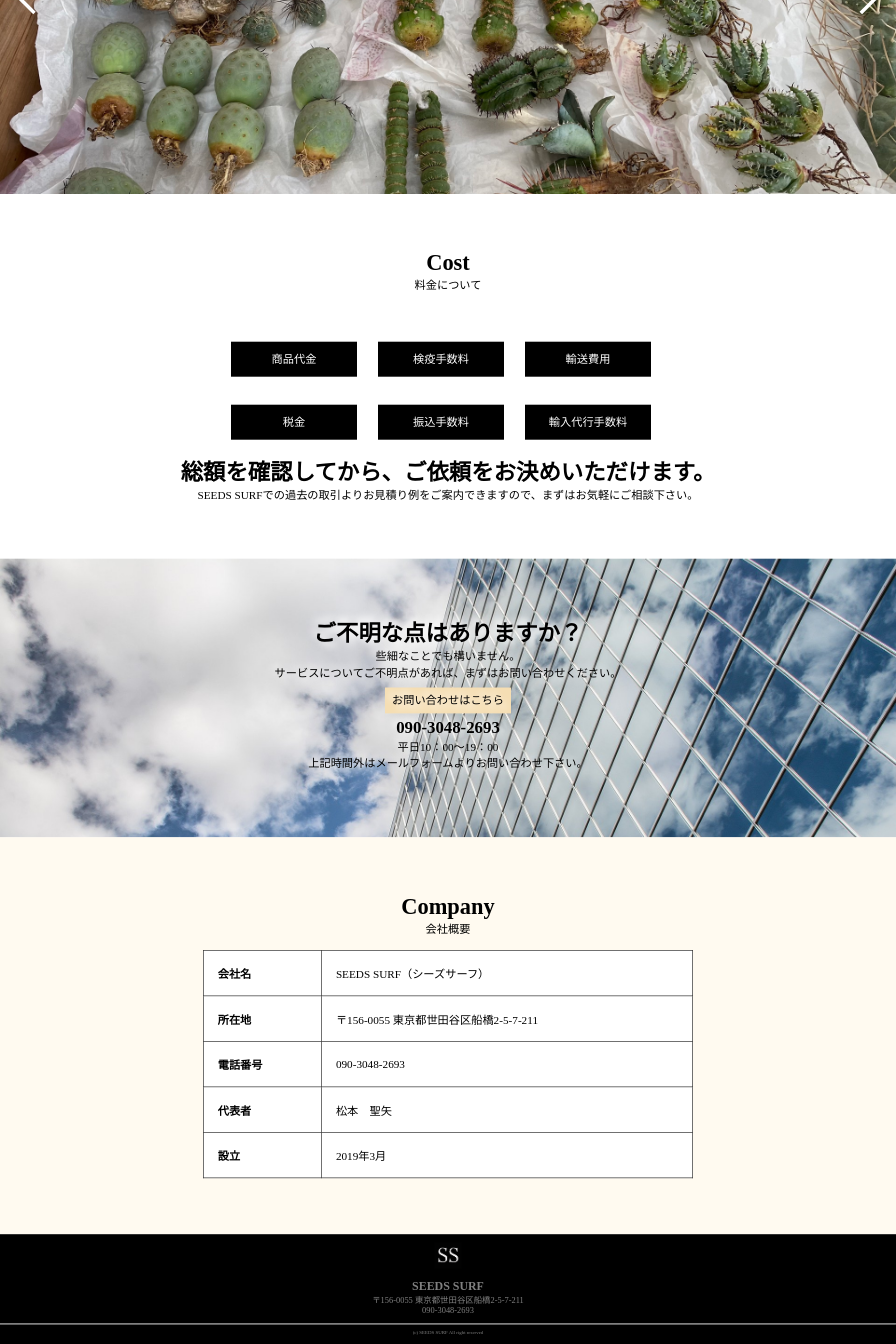
Repository: Seiya00002/seeds-surf-lp
Page: index.html
These files come from the project's save history. The page is drawn as it stood at one moment and after the next save; the edit follows.
The browser window is 1280 px wide. The pictures show the part of the page from y = 2173 to 4093 px (the page is 4093 px tall), at 70% of full size.

Above is the page before, as saved 2023-07-16 08:08:47.

### index.html
<!DOCTYPE html>
<html lang="ja">
<head>
    <meta charset="UTF-8">
    <meta http-equiv="X-UA-Compatible" content="IE=edge">
    <meta name="viewport" content="width=device-width, initial-scale=1.0">
    <title>輸入代行SEEDS SURF</title>
    <link rel="stylesheet" href="css/style.css">
</head>
<body>
    <header>
        <div class="header_left">
            <img src="img/sslogo.jpg"
                alt="logo"
                width="40"
                height="40"
                class="logo">
            <h1>希少植物・輸入代行</h1>

        </div>
        <div class="header_right">
            <img src="img/tel_logo.png"
                alt="tel_logo"
                width="35"
                height="35"
                class="tel_logo">
            <div class="header_contact">
                <h2>090-3048-2693</h2>
                <p>（平日9:00 ~ 18:00）</p>
            </div>
        </div>
    </header>

    <main>
        <div class="top_wrapper">
            <div class="container">
                <div class="hero_message">
                    <div class="calculation-app">
                        <h2>お見積り計算シュミレーション</h2>

                            <p>仕入れ先の地域を選択して下さい。</p>
                            <form name="form1">
                                <select name="place">
                                    <option value="1.2">北米</option>
                                    <option value="1.2">ヨーロッパ</option>
                                    <option value="1">アジア</option>
                                </select>
                            </form>

                            <p>箱のサイズの予想を選択して下さい。</p>
                            <form name="form2">
                                <select name="box">
                                    <option value="18350">15kg</option>
                                    <option value="13350">10kg</option>
                                    <option value="8150">5kg</option>
                                </select>
                            </form>
                            <p>およその商品代金を入力して下さい。</p>
                            <label>￥</label><input
                            type="text"
                            id="price"
                            value=""
                            placeholder="200,000"
                            maxlength="7"
                            size="10"
                            ></label>

                            <br>
                            <br>
                            <div class="btn-box">
                                <button id="button">計算Go!!</button>
                            </div>
                    </div>
                </div>
            </div>
        </div>


        <!-- 見積り表 -->
    <div id="estimate_table" class="estimate_wrapper">
        <div class="container">
            <h2>予想お見積り表</h2>
            <table align="center" class="estimate">
                <tr>
                    <th>商品代金</th>
                    <td>¥<span id="span2"></span></td>
                </tr>
                <tr>
                    <th>検疫手数料</th>
                    <td>¥<span id="span3"></span></td>
                </tr>
                <tr>
                    <th>送料</th>
                    <td>¥<span id="span4"></span></td>
                </tr>
                <tr>
                    <th>弊社代行手数料</th>
                    <td>¥<span id="span5"></span></td>
                </tr>
                <tr>
                    <th>海外送金手数料</th>
                    <td>¥<span id="span6"></span></td>
                </tr>
                <tr>
                    <th>税金</th>
                    <td>¥<span id="span7"></span></td>
                </tr>
                <tr>
                  <th>合計</th>
                  <th>¥<span id="span1"></span></th>
              </tr>
            </table>
            <h3>詳しくは下記の「Cost」欄をご覧下さい。</h3>
        </div>
    </div>






        <div class="top_message">
            <div class="container">
                <div class="message">
                    <h1>SEEDS SURFの輸入代行の強み</h1>
                    <p>観葉植物など検疫やワシントン条約に関わる特殊な商品の輸入代行が得意です。<br>業者様から個人事業者様、個人様の輸入、どなたもご相談下さい。<br>現地企業との交渉から購買代行全てご対応いたします。</p>

                </div>
            </div>
        </div>
        <div class="project_wrapper">
            <div class="container">
                <div class="projects">
                    <div class="project">
                        <div class="project_icon">
                            <img src="img/project_imag1.jpg">
                            <h2>「迅速・柔軟サービス」</h2>
                        </div>
                        <p class="text_contents">フットワークの軽いスタッフが、柔軟にお客様のご要望にご対応いたします。大規模な商社では実現出来ないサービスをご提供いたします。</p>

                    </div>
                    <div class="project">
                        <div class="project_icon">
                            <img src="img/pro_airport.jpg">
                            <h2>「全世界対応」</h2>
                        </div>
                        <p class="text_contents">アジアから、欧州、北米を始めとし、その他オセアニア、南米、アフリカ地域と全地域ご対応出来ます。</p>

                    </div>
                    <div class="project">
                        <div class="project_icon">
                            <img src="img/project_img3.jpg">
                            <h2>「現地企業のご紹介サービス」</h2>
                        </div>
                        <p class="text_contents">私たちは信頼出来る良質な業者様とお付き合いがございます。そちらのご紹介も行っております。</p>
                    </div>
                        <div class="clear"></div>

                </div>
            </div>
        </div>
        <div class="service_wrapper">
            <div class="container">
                <div class="service_heading">
                    <h1>Frow</h1>
                    <p>輸入取引の流れ</p>
                </div>
                <div class="step">
                    <img src="img/person_img.png"
                    class="step_icon">
                    <div class="step_cont">
                        <h2>Step 1</h2>
                        <p>現地企業交渉</p>
                    </div>
                </div>
                <img src="img/down_img.png" class="step_icon2">

                <div class="step">
                    <img src="img/cal_img.png"
                    class="step_icon">
                    <div class="step_cont">
                        <h2>Step 2</h2>
                        <p>お見積り</p>
                    </div>
                </div>
                <img src="img/down_img.png" class="step_icon2">

                <div class="step">
                    <img src="img/bank_img.png"
                    class="step_icon">
                    <div class="step_cont">
                        <h2>Step 3</h2>
                        <p>お支払い</p>
                    </div>
                </div>
                <img src="img/down_img.png" class="step_icon2">
                <div class="step">
                    <img src="img/airp_imag.png"
                    class="step_icon">
                    <div class="step_cont">
                        <h2>Step 4</h2>
                        <p>発送</p>
                    </div>
                </div>
                <img src="img/down_img.png" class="step_icon2">
                <div class="step">
                    <img src="img/drivery_img.png"
                    class="step_icon">
                    <div class="step_cont">
                        <h2>Step 5</h2>
                        <p>お受取り</p>
                    </div>
                </div>
            </div>
        </div>

        <div class="slide_wrapper">
            <div id="slide" class="slideshow">
                <p class="disc">SEEDS SURF</p>
                <a class="arrow next" id="right" href="#"></a>
                <a class="arrow back" id="left" href="#"></a>
            </div>




        </div>
        <div class="cost_wrapper">
            <div class="container">
                <div class="cost_heading">
                    <h1>Cost</h1>
                    <p>料金について</p>
                </div>
                <div class="cost_cont">
                    <div class="list01">
                        <p>商品代金</p>
                    </div>
                    <div class="list01">
                        <p>検疫手数料</p>
                    </div>
                    <div class="list01">
                        <p>輸送費用</p>
                    </div>
                    <div class="list02">
                        <p>税金</p>
                    </div>
                    <div class="list02">
                        <p>振込手数料</p>
                    </div>
                    <div class="list02">
                        <p>輸入代行手数料</p>
                    </div>
                    <!-- <div class="clear"></div> -->
                </div>
                <div class="cost_message">
                    <h1>総額を確認してから、ご依頼をお決めいただけます。</h1>
                    <p>SEEDS SURFでの過去の取引よりお見積り例をご案内できますので、まずはお気軽にご相談下さい。</p>
                </div>
            </div>
        </div>
        <div class="contact_wrapper">
            <div class="container">
                <h1>ご不明な点はありますか？</h1>
                <p>些細なことでも構いません。<br>サービスについてご不明点があれば、まずはお問い合わせください。</p>
                <a href="https://seeds-surf.com/%e3%81%8a%e5%95%8f%e3%81%84%e5%90%88%e3%82%8f%e3%81%9b/" class="btn contact">お問い合わせはこちら</a>
                <h2>090-3048-2693</h2>
                <p>平日10：00〜19：00<br>上記時間外はメールフォームよりお問い合わせ下さい。</p>
            </div>
        </div>
        <div class="company_wrapper">
            <div class="container">
                <h1>Company</h1>
                <p>会社概要</p>
                <table align="center" class="company">
                    <tr>
                        <th>会社名</th>
                        <td>SEEDS SURF（シーズサーフ）</td>
                    </tr>
                    <tr>
                        <th>所在地</th>
                        <td>〒156-0055 東京都世田谷区船橋2-5-7-211</td>
                    </tr>
                    <tr>
                        <th>電話番号</th>
                        <td>090-3048-2693</td>
                    </tr>
                    <tr>
                        <th>代表者</th>
                        <td>松本　聖矢</td>
                    </tr>
                    <tr>
                        <th>設立</th>
                        <td>2019年3月</td>
                    </tr>
                </table>
            </div>
        </div>


    </main>

    <footer>
        <div class="container">
                <img src="img/sslogo.jpg"
                    alt="logo"
                    width="40"
                    height="40"
                    class="logo">
                <h1>SEEDS SURF</h1>
                <p>〒156-0055 東京都世田谷区船橋2-5-7-211<br>090-3048-2693</p>
                <hr color="gray">
                <small>(c) SEEDS SURF All right reserved</small>
        </div>
    </footer>

    <script src="./app.js"></script>
</body>
</html>

### css/style.css
/* all */
*{
    box-sizing: border-box;
    margin: 0;
    padding: 0;
}

h1 {
    font-family: 'Times New Roman', Times, serif;

}

h2 ,h3 ,p {
    font-family: 'Hiragino Sans';

}
/* header */

header {
    height: 70px;
    display: flex;
    align-items: center;

}

.header_left {
    display: flex;
}

.header_right {
    display: flex;
    margin: 0 0 0 auto;
}

.logo {
    margin: 10px 10px;
}

.tel_logo {
    margin: 20px 10px;
}

header h1 {
    font-size: 19px;
    padding: 18px 10px;
}

header h2 {
    font-size: 21px;
    padding: 15px 10px 0 0;
}

header p {
    padding-bottom: 10px;
}
.container {
    text-align: center;
    width: 100%;
}

/* main */

/* top */
.top_wrapper {
    background-image: url(../img/top_img.jpeg);
    color: white;
    background-size: cover;
    width: 100%;
    height: auto;
}

.hero_message {
    font-size: 15px;
    color: black;
    height: 500px;
    min-width:100%;
    font-weight: bold;
    display: flex;
    justify-content: center;
    align-items: center;
    line-height: 2.5em;
    background: rgb(255, 255, 255,0.4);
}

.top_message {
    background-color: black;
    color: white;
    padding: 30px 0;
}

.top_message p {
    padding-top: 20px;
    font-size: 17px;
    line-height: 1.6rem;
}

/* project_wrapper */
.project_wrapper {
    margin-bottom: 80px;
}

.project {
    float: left;
    width: 33%;
    padding: 20px 10px 20px 10px;
    height: 300px;

}

.project_icon {
    position: relative;

}

.project_icon h2 {
    position: absolute;
    top: 80px;
    width: 100%;
    color: white;
    font-weight: normal;

}


@media (max-width: 1000px) {
    .project {
        width: 50%;
    }
}

@media (max-width: 670px) {
    .project {
        width: 100%;
    }
}

.clear {
    clear: left;
}

/* service_wrapper */
.service_wrapper {
    background-color: #fffaf0;
    padding: 80px 0;
}

.service_heading {
padding-bottom: 50px;
}

.step {
    display: flex;
    justify-content: center;
    align-items: center;
    padding: 20px 0;

}

.step_cont {
    padding-left: 50px;
}

.step_icon {
    width: 70px;
    height: 70px;

}

.step_icon2 {
    width: 15px;
    height: 15px;

}

.step h2 {
    font-size: 14px;
}

.step p {
    font-size: 20px;
    padding-top: 13px;
}

/* cost_wrapper */
.cost_wrapper {
    padding: 80px 0;
}

.cost_cont {
    padding-top: 50px;
    width: 650px;
    margin: 0 auto;
    flex-wrap: wrap;
    display: flex;

}


.list01 {
    background-color: black;
    width: 180px;
    height: 50px;
    color: white;
    margin: 20px 15px;
    justify-content: center;
    padding-top: 12px;

}

.list02 {
    background-color: black;
    width: 180px;
    height: 50px;
    color: white;
    margin: 20px 15px;
    justify-content: center;
    padding-top: 12px;


}

@media (max-width: 670px) {
    .cost_cont h2 {
        width: 50%;
    }
}

/* contact_wrapper */
.contact_wrapper {
    background-image: url(../img/sky&office_img.jpeg);
    padding: 80px 0;
    background-size: cover;
    text-shadow: 6px 6px 10px white, -6px -6px 10px white;


}

.contact_wrapper p {
    padding-bottom: 15px;
}

.btn {
    padding: 10px 10px;
    background-color: wheat;
    color: black;
    text-decoration: none;

}

.contact_wrapper h2 {
    padding-top: 15px;
}

/* company_wrapper */
.company_wrapper {
    padding: 80px 0;
    background-color: #fffaf0;

}

.company_wrapper p {
    padding-bottom: 20px;
}

table.company {
    border-collapse: collapse;
    width: 700px;
    background-color: white;
    margin: auto;
}

th, td {
    border: solid 1px #333;
    padding: 20px;
}

.company th,td {
    text-align: left;
}


/* footer */

footer {
    background-color: black;
    color: gray;
    padding-bottom: 10px;

}

footer h1 {
    font-size: 17px;
}

footer p {
    font-size: 12px;
    padding-bottom: 10px;
}
small {
    font-size: 7px;

}


/* slideshow 追加 */
.slide_wrapper{
    max-width: 100%;
    height: 400px;
    margin: auto;

}
/*画像配置*/
.slideshow{
    max-width: 100%;
    height: 100%;
    background-image: url(../img/import-img1.jpg);
    background-repeat: no-repeat;
    background-size: cover;
    background-position: 0% 50%;/*左 中央のよせ*/
}
/*文字*/
.disc{
    margin: auto;
    text-align: center;
    font-size: 3em;
    color: #ffffff;
    font-weight: 800;
    padding-top:5%;
}
/*>*/
.next{
    float: right;
    top: 0px;
    right: 50px;
}
/*<*/
.back{
    float: left;
    bottom: 0px;
    left: 30px;
}
/*矢印のデザイン*/
.arrow{
    position: relative;
    display: inline-block;
    padding: 0 0 0 16px;
    color: #000;
    vertical-align: middle;
    text-decoration: none;
    font-size: 15px;
}
.arrow::before,
.arrow::after{
    position: absolute;
    top: 0;
    bottom: 0;
    left: 0;
    margin: auto;
    content: "";
    vertical-align: middle;
}

.next::before{
    left: 0px;
    width: 30px;
    height: 30px;
    border-top: 5px solid rgb(255, 255, 255);
    border-right: 5px solid rgb(255, 255, 255);
    -webkit-transform: rotate(45deg);
    transform: rotate(45deg);
}
.back::before{
    left: 0px;
    width: 30px;
    height: 30px;
    border-bottom: 5px solid rgb(255, 255, 255);
    border-left: 5px solid rgb(255, 255, 255);
    -webkit-transform: rotate(45deg);
    transform: rotate(45deg);
}
/* CSSアニメーションの指定 */
.slideshow{
    transition: background-image 1s ease-in;
}

/* 計算シュミレーション追加 */
.btn-box button {
    width: 180px;
    height: 35px;
    padding: 6px;
    font-size: 14px;
    color: black;
    background-color:#fff176;
    border: black solid;
    border-radius: 24px;
    user-select: none;
    cursor: pointer;
  }

  .btn-box button:hover {
    opacity: .7;
  }


/* 見積り表追加 */
.estimate_wrapper {
    display: none;
    background-color: #fffaf0;
    padding: 40px 0;
}

table.estimate {
    border-collapse: collapse;
    width: 450px;
    background-color: white;
    margin: auto;
}

/* .estimate th, td {
    border: solid 1px #333;
    padding: 15px 20px;
    text-align: center;
} */

.estimate_wrapper.appear {
    display: block;
    animation: .5s fadeIn;
  }

  @keyframes fadeIn {
    0% {
      opacity: 0;
      transform: translateY(-10px);
    }
    100% {
      opacity: 1;
      transform: none;
    }
  }




@media screen and (max-width:768px) {
  .slide-pic{
    height: 250px;
  }
    .disc{
        padding-top:5%;
    }
    /*>*/
    .next{
        top: 30px;
    }
    /*<*/
    .back{
        top: 30px;
    }
}

Loaded but not shown: app.js (117 lines, source omitted)

After the next save:
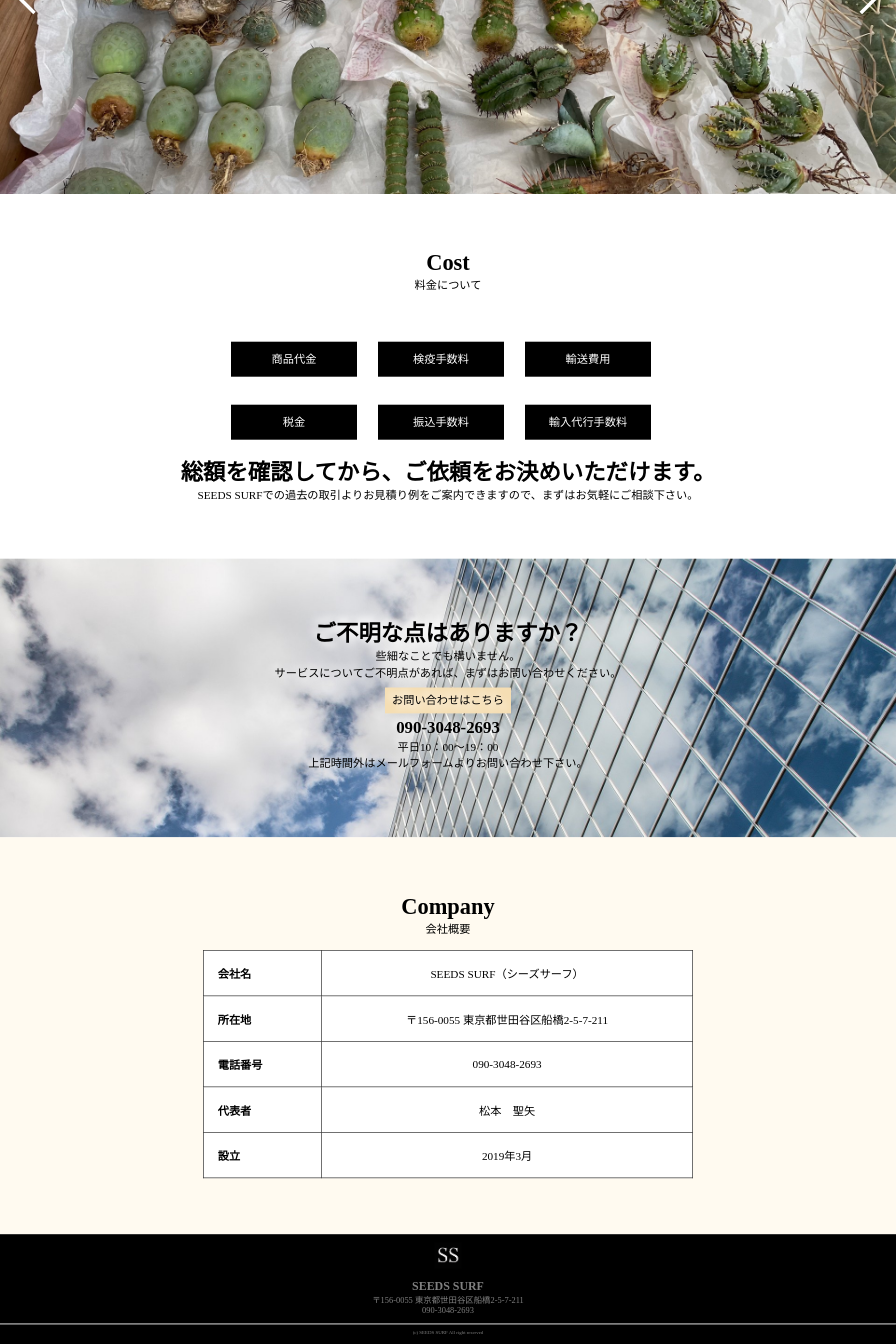
Saved 40 s later.
--- a/css/style.css
+++ b/css/style.css
@@ -416,11 +416,11 @@
     margin: auto;
 }
 
-/* .estimate th, td {
+.estimate th, td {
     border: solid 1px #333;
     padding: 15px 20px;
     text-align: center;
-} */
+}
 
 .estimate_wrapper.appear {
     display: block;

After the 2 saves that followed:
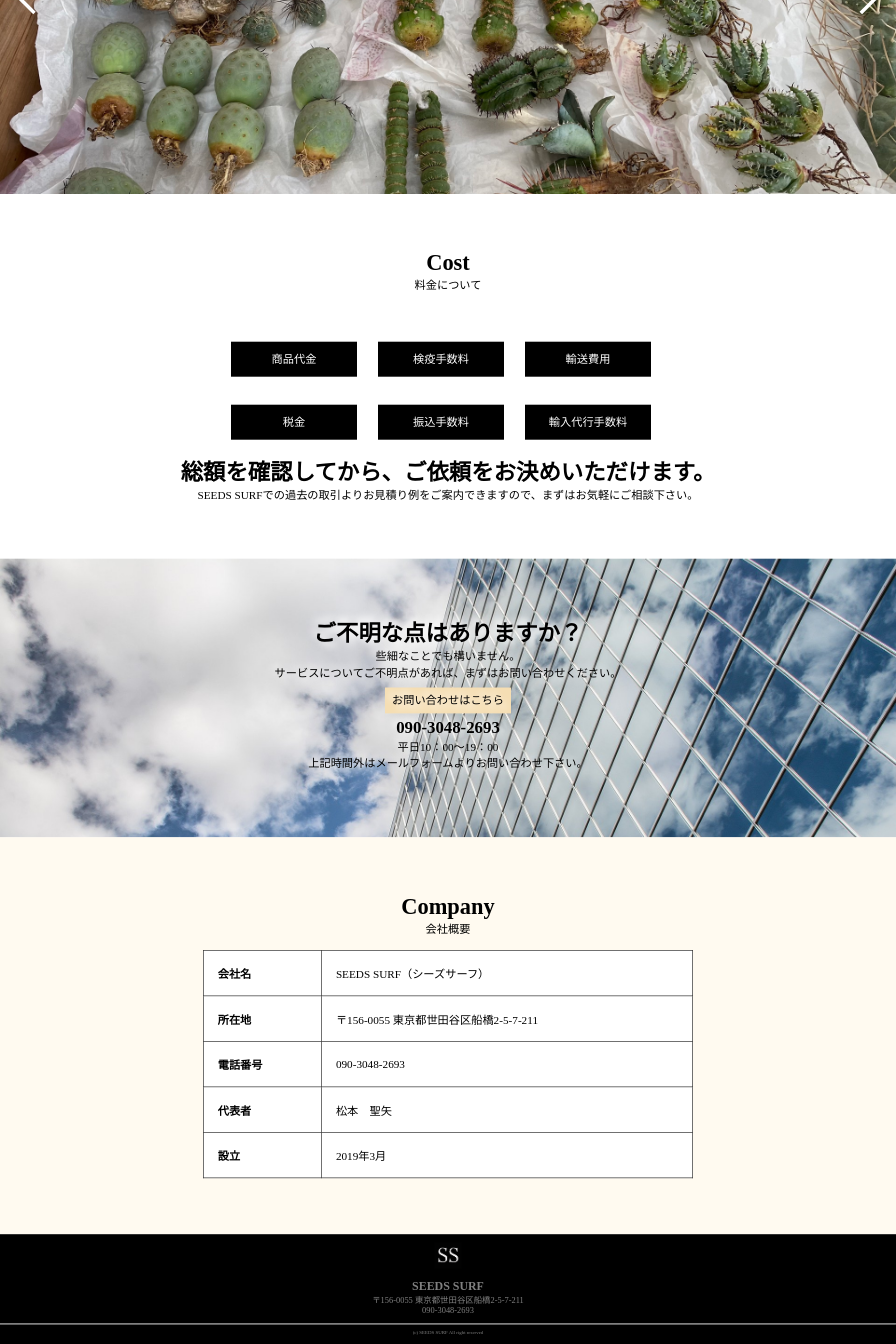
The 2 saves are shown as one change because 1 left the picture as it was.
The last was saved 83 s later.
--- a/css/style.css
+++ b/css/style.css
@@ -416,8 +416,7 @@
     margin: auto;
 }
 
-.estimate th, td {
-    border: solid 1px #333;
+.estimate th{
     padding: 15px 20px;
     text-align: center;
 }
